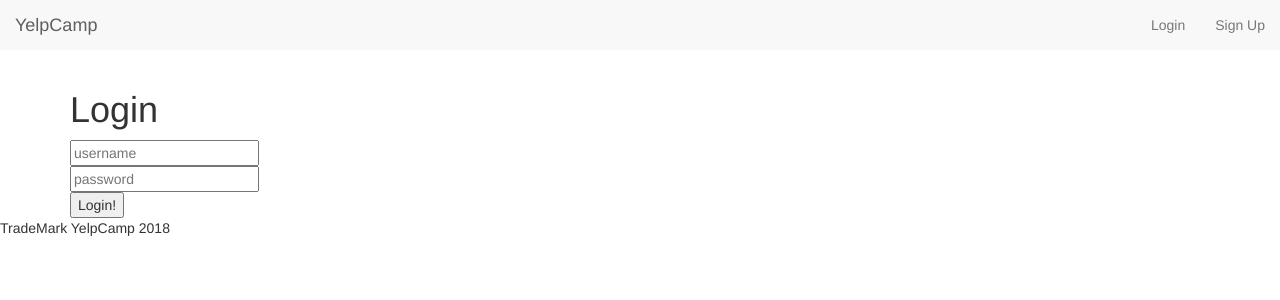
Repository: Kushagrakmr/c9backup
Page: http://localhost/login
The author's editor kept a record of every edit. The page is drawn from the files as they stood at one moment, then again after the next edit.
The browser window is 1280 px wide. The pictures show the whole page.
The page is served by the project's Node server (YelpCamp/v12/app.js). Other server files are loaded and not shown.

Above is the page before.

### YelpCamp/v12/views/login.ejs
<% include ./partials/header %>

<div class = "container">
    <h1>Login</h1>
    <form action = "/login" method = "POST">
        <div class = "form-type">
            <input   type = "text" name = "username" placeholder = "username">
        </div>
        <div class = "form-type">
            <input type = "password" name = "password" placeholder = "password">
        </div>
        <div class = "form-type">
            <input type= "submit" value = "Login!">
        </div>
    </form>
</div>

<% include ./partials/footer %>

### YelpCamp/v12/views/partials/header.ejs
<!DOCTYPE html>
<html>
    <head>
        <title>Yelp Camp</title>
        <link rel="stylesheet" href= "https://stackpath.bootstrapcdn.com/bootstrap/3.3.5/css/bootstrap.min.css">
        <link rel = "stylesheet" href = "/stylesheets/main.css">
    </head>
    <body>

<div id = "navbar_margin">
    <nav class="nav navbar-default">
     <div class = "conatainer-fluid">
         <div class-"navbar-header">
             <a class= "navbar-brand" href= "/">YelpCamp</a>
         </div>
         <div class="collapse navbar-collapse">
             <ul class = " nav navbar-nav navbar-right">
                    <% if(!currentUser) { %>
                        <li><a href="/login">Login</a></li>
                        <li><a href="/register">Sign Up</a></li>
                     <% } else { %>
                        <li><a href="#">Signed in as <%= currentUser.username %></a></li>
                        <li><a href="/logout">Logout</a></li>
                     <% } %>
             </ul>
         </div>
     </div>
    </nav>
</div>


<div class = "container">
    <% if(error  && error.length > 0) { %>
        <div class = "alert alert-danger" role = "alert">
            <h5><%= error %></h5>
        </div>
    <% } %>

    <% if(success  && success.length > 0) { %>
        <div class = "alert alert-success" role = "alert">
            <h5><%= success %></h5>
        </div>
    <% } %>
</div>

### YelpCamp/v12/views/partials/footer.ejs
       <p> TradeMark YelpCamp 2018</p>
    </body>
</html>

### YelpCamp/v12/app.js
var express       = require("express"),
     app          = express(),
    bodyParser    = require("body-parser"),
    flash         = require("connect-flash"),
    mongoose      = require("mongoose"),
    passport      = require("passport"),
    LocalStrategy = require("passport-local"),
    Campground    = require("./models/campgrounds"),
    methodOverride= require("method-override"),
    Comment       = require("./models/comment"),
    User          = require("./models/user"),
    seedDB        = require("./seeds")

var commentRoutes     = require("./routes/comments"),
    campgroundRoutes  = require("./routes/campgrounds"),
    indexRoutes        = require("./routes/index");

mongoose.connect("mongodb://localhost:27017/yelp_camp_v11", {useNewUrlParser : true});
app.use(bodyParser.urlencoded({extended : true}));
app.set("view engine", "ejs");
app.use(express.static(__dirname + "/public"));
app.use(methodOverride("_method"));
app.use(flash())
//seedDB();

//PASSPORT CONFIGUARTION
app.use(require("express-session")({
    secret : "Rusty is the best and cutest dog!",
    resave: false,
    saveUninitialized : false
}));
app.use(passport.initialize());
app.use(passport.session());
passport.use(new LocalStrategy(User.authenticate()));
passport.serializeUser(User.serializeUser());
passport.deserializeUser(User.deserializeUser());


app.use(function(request, response, next){
    response.locals.currentUser = request.user;
    response.locals.error       = request.flash("error");
    response.locals.success     = request.flash("success");
    next();
});


app.use(indexRoutes);
app.use(commentRoutes);
app.use(campgroundRoutes);

app.listen(3000, function(){
    console.log("The Yelp Camp Server Has Started");
});

### YelpCamp/v12/routes/index.js
 var express = require("express");
var router  = express.Router();
var passport = require("passport");
var User    = require("../models/user");



router.get("/",function(request, response){
    response.render("landing");
});


//======================
//AUTHENTICATION ROUTES
//======================


//show register form
router.get("/register",function(request, response) {
    response.render("register");
});

//handle signUp logic
router.post("/register", function(request, response) {
    var newUser = new User({username: request.body.username});
    User.register(newUser, request.body.password, function(error, user){
        if(error) {
            request.flash("error", error.message);
            return response.redirect("/register");
        }
        passport.authenticate("local")(request, response, function(){
            request.flash("error", "You need to be logged in to do that");
            request.flash("success", "Welcome to YelpCamp " + user.username);
            response.redirect("/campgrounds");
        });
    });
});


//show login form
router.get("/login", function(request, response) {
    response.render("login");
});

router.post("/login", passport.authenticate("local",
    {
        successRedirect : "/campgrounds",
        failureRedirect : "/login"
    }),function(request, response) {
});

//logout route
router.get("/logout", function(request, response) {
    request.logout();
    request.flash("success", "Logged You Out!")
    response.redirect("/campgrounds");
});

module.exports = router;

### YelpCamp/v12/public/stylesheets/main.css
.thumbnail img {
    width: 100%;
}

.thumbnail {
    padding: 0;
}

.thumbnail .caption-full{
    padding: 9px;
}

.delete-form {
    display: inline;
}

#navbar_margin {
    margin-bottom: 20px;
}

After the next edit:
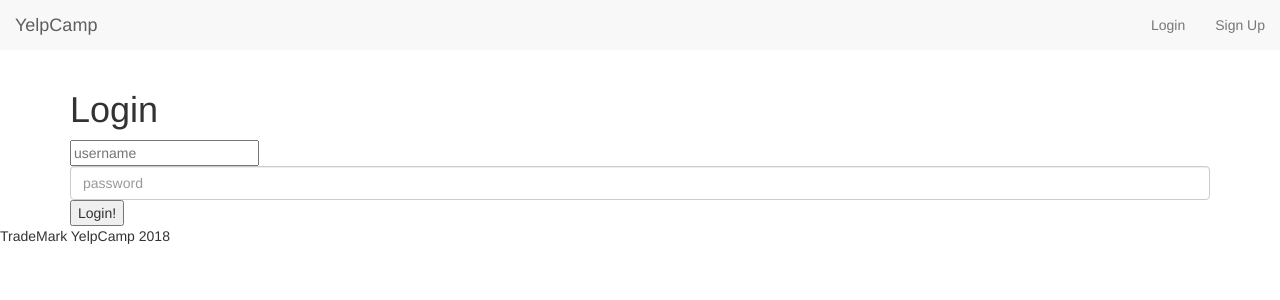
The edit:
--- a/YelpCamp/v12/views/login.ejs
+++ b/YelpCamp/v12/views/login.ejs
@@ -7,7 +7,7 @@
             <input   type = "text" name = "username" placeholder = "username">
         </div>
         <div class = "form-type">
-            <input type = "password" name = "password" placeholder = "password">
+            <input class = "form-control" type = "password" name = "password" placeholder = "password">
         </div>
         <div class = "form-type">
             <input type= "submit" value = "Login!">
